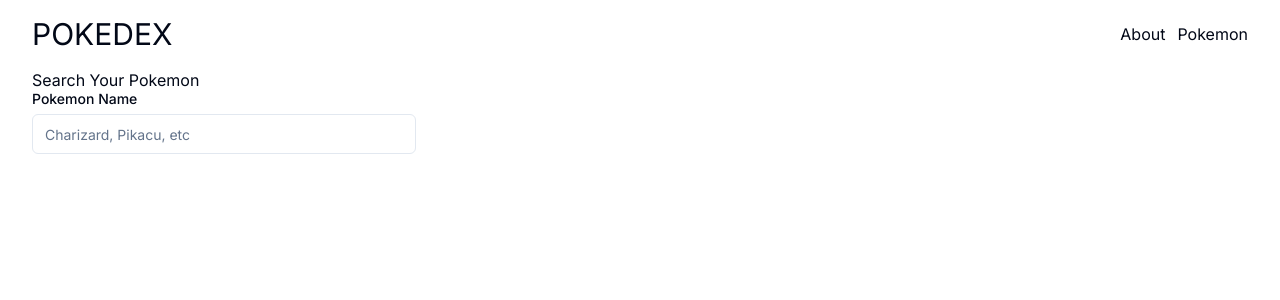
Repository: KilluaProject/pokedex
Page: /
These files come from the project's save history. The page is drawn as it stood at one moment and after a run of saves; the edit follows.
The browser window is 1280 px wide. The pictures show the whole page.
The project was rebuilt for these pictures with package versions that can differ from the ones it lists, and the page was loaded fresh each time. The framework's server and built-in components were replaced by stand-ins that run in the browser. Also part of the build but not shown: next.config.js.

Above is the page before, as saved 2023-07-01 16:25:21.

### app/layout.tsx
import Navbar from '@/components/Navbar'
import './globals.css'
import { Inter } from 'next/font/google'

const inter = Inter({ subsets: ['latin'] })

export const metadata = {
  title: 'Create Next App',
  description: 'Generated by create next app',
}

export default function RootLayout({
  children,
}: {
  children: React.ReactNode
}) {
  return (
    <html lang="en">
      <body className={inter.className}>

        <Navbar/>

        {children}


        </body>
    </html>
  )
}

### app/page.tsx
import PokemonGrid from "@/components/pokemonGrid";



export default function Home() {
  return (
    <main className="container mx-auto">
      <PokemonGrid/>
    </main>
  )
}

### components/Navbar.tsx
import Link from 'next/link'
import React from 'react'

export default function Navbar() {
  return (
    <div className="flex container justify-between mx-auto item-center py-4 ">

        <Link href="/">

        <h1 className="text-3xl">POKEDEX</h1>

        </Link>

        <div className="flex justify-center items-center gap-3">
            <Link href="/about">About</Link>
            <Link href="/pokemon">Pokemon</Link>
        </div>


    </div>
  )
}

### components/pokemonGrid.tsx
"use client"

import React from 'react'

import { useState } from 'react'
import { Label } from './ui/label'
import { Input } from './ui/input'

export default function PokemonGrid() {
    const [searchText, setSearchText] = useState("")

  return (
    <div>
        <h3>Search Your Pokemon</h3>
        <div className="w-full grid max-w-sm items-center gap-2">
        <Label htmlFor="pokemonName">Pokemon Name</Label>
        <Input
        type="text"
        value={searchText}
        id="pokemonName"
        placeholder="Charizard, Pikacu, etc"
        onChange={(e) => setSearchText(e.target.value)}


        />

        </div>
    </div>
  )
}

### components/ui/label.tsx
"use client"

import * as React from "react"
import * as LabelPrimitive from "@radix-ui/react-label"
import { cva, type VariantProps } from "class-variance-authority"

import { cn } from "@/lib/utils"

const labelVariants = cva(
  "text-sm font-medium leading-none peer-disabled:cursor-not-allowed peer-disabled:opacity-70"
)

const Label = React.forwardRef<
  React.ElementRef<typeof LabelPrimitive.Root>,
  React.ComponentPropsWithoutRef<typeof LabelPrimitive.Root> &
    VariantProps<typeof labelVariants>
>(({ className, ...props }, ref) => (
  <LabelPrimitive.Root
    ref={ref}
    className={cn(labelVariants(), className)}
    {...props}
  />
))
Label.displayName = LabelPrimitive.Root.displayName

export { Label }

### components/ui/input.tsx
import * as React from "react"

import { cn } from "@/lib/utils"

export interface InputProps
  extends React.InputHTMLAttributes<HTMLInputElement> {}

const Input = React.forwardRef<HTMLInputElement, InputProps>(
  ({ className, type, ...props }, ref) => {
    return (
      <input
        type={type}
        className={cn(
          "flex h-10 w-full rounded-md border border-input bg-background px-3 py-2 text-sm ring-offset-background file:border-0 file:bg-transparent file:text-sm file:font-medium placeholder:text-muted-foreground focus-visible:outline-none focus-visible:ring-2 focus-visible:ring-ring focus-visible:ring-offset-2 disabled:cursor-not-allowed disabled:opacity-50",
          className
        )}
        ref={ref}
        {...props}
      />
    )
  }
)
Input.displayName = "Input"

export { Input }

### components/PokemonCard.tsx
import React from 'react'

export default function PokemonCard() {
  return (
    <div>PokemonCard</div>
  )
}

Loaded but not shown: app/globals.css (common file); lib/utils.ts (common file); tailwind.config.js (common file)

After the next 2 saves:
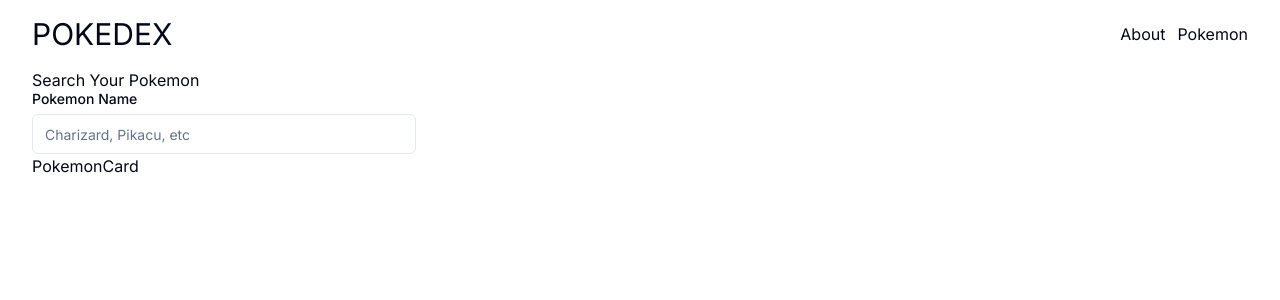
The 2 saves are shown as one change because they came seconds apart.
The last was saved 28 s later.
--- a/app/page.tsx
+++ b/app/page.tsx
@@ -1,3 +1,4 @@
+import PokemonCard from "@/components/PokemonCard";
 import PokemonGrid from "@/components/pokemonGrid";
 
 
@@ -6,6 +7,7 @@
   return (
     <main className="container mx-auto">
       <PokemonGrid/>
+      <PokemonCard/>
     </main>
   )
 }
